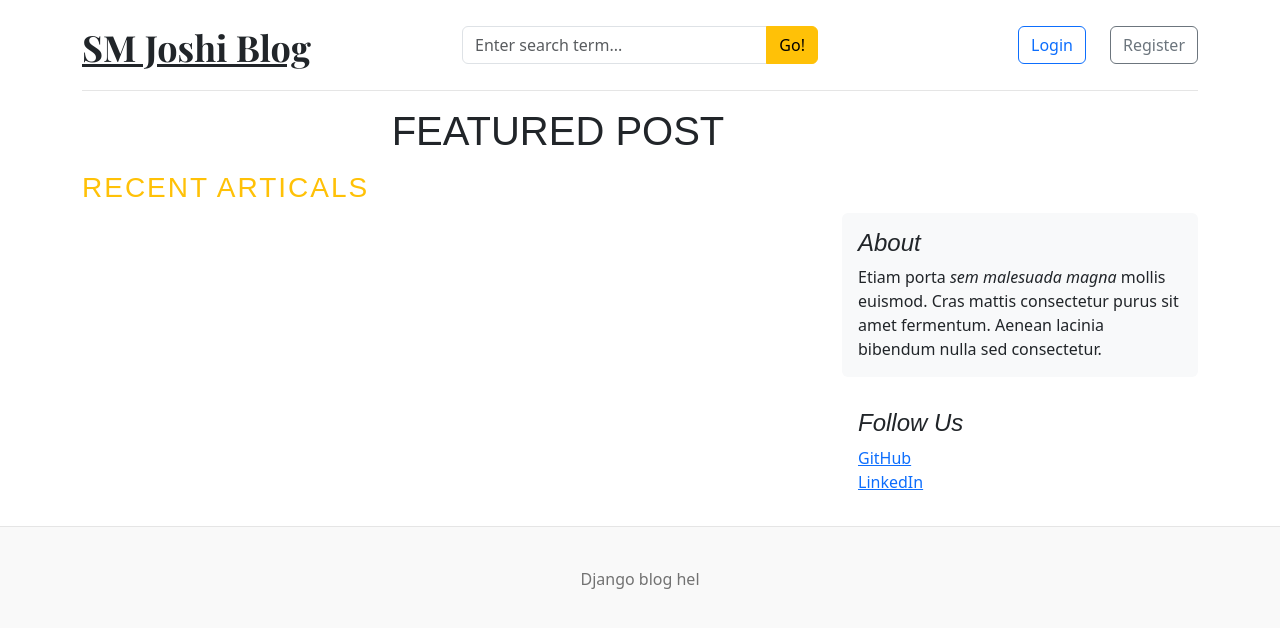
Repository: vijayholve/Blog-Website-Django
Page: templates/home.html
The author's editor kept a copy of each file at every save. The page is drawn from the files as they stood at one save, then again after the next save.
The browser window is 1280 px wide. The pictures show the whole page.
Some web fonts or font styles are not loaded; a fallback is used. The template is drawn by Django 5.2. The application's start-up code is not run. The template is opened directly, without the code that normally fills it, so the values that code supplies are empty.

Above is the page before, as saved 2025-01-29 16:33:47.

After the next save:
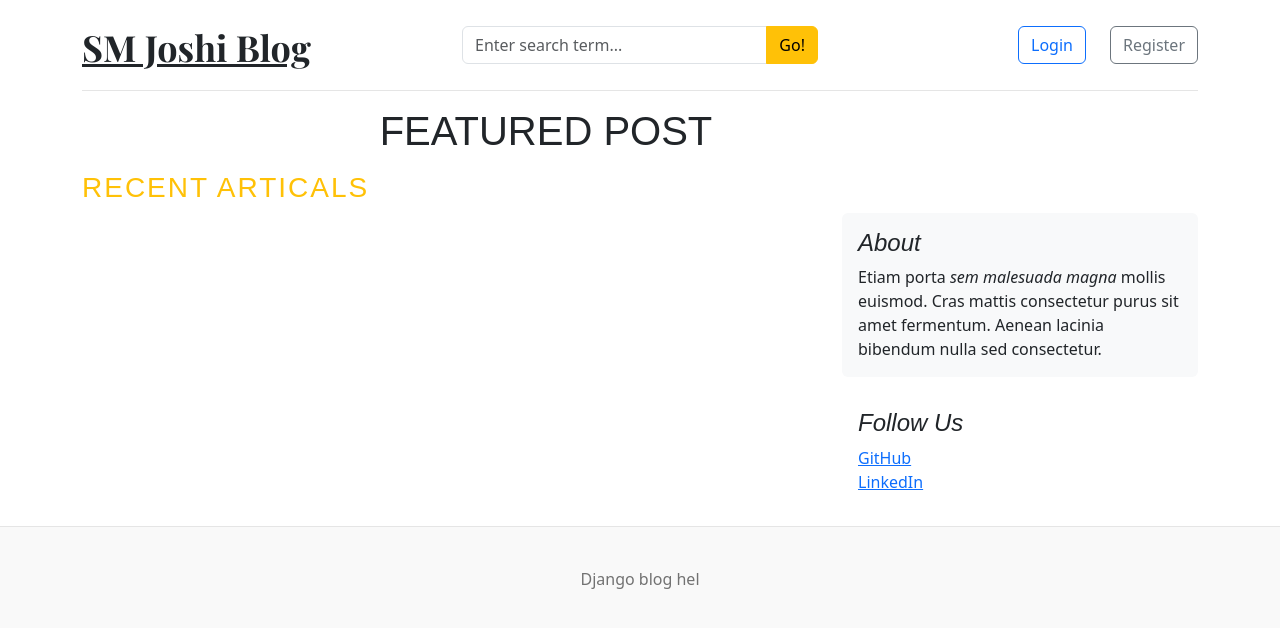
Saved 4 s later.
--- a/templates/home.html
+++ b/templates/home.html
@@ -20,7 +20,7 @@
 <div class="container row mb-2">
   <div class="container">
 
-    <h1 class="container  mr-4 text-uppercase text-dark text-bold text-center" >Featured POST</h1>
+    <h1 class=" mr-4 text-uppercase text-dark text-bold text-center" >Featured POST</h1>
     {% for post in featured_post %}
     {% if not forloop.first %}
     <div class="col-md-6">
